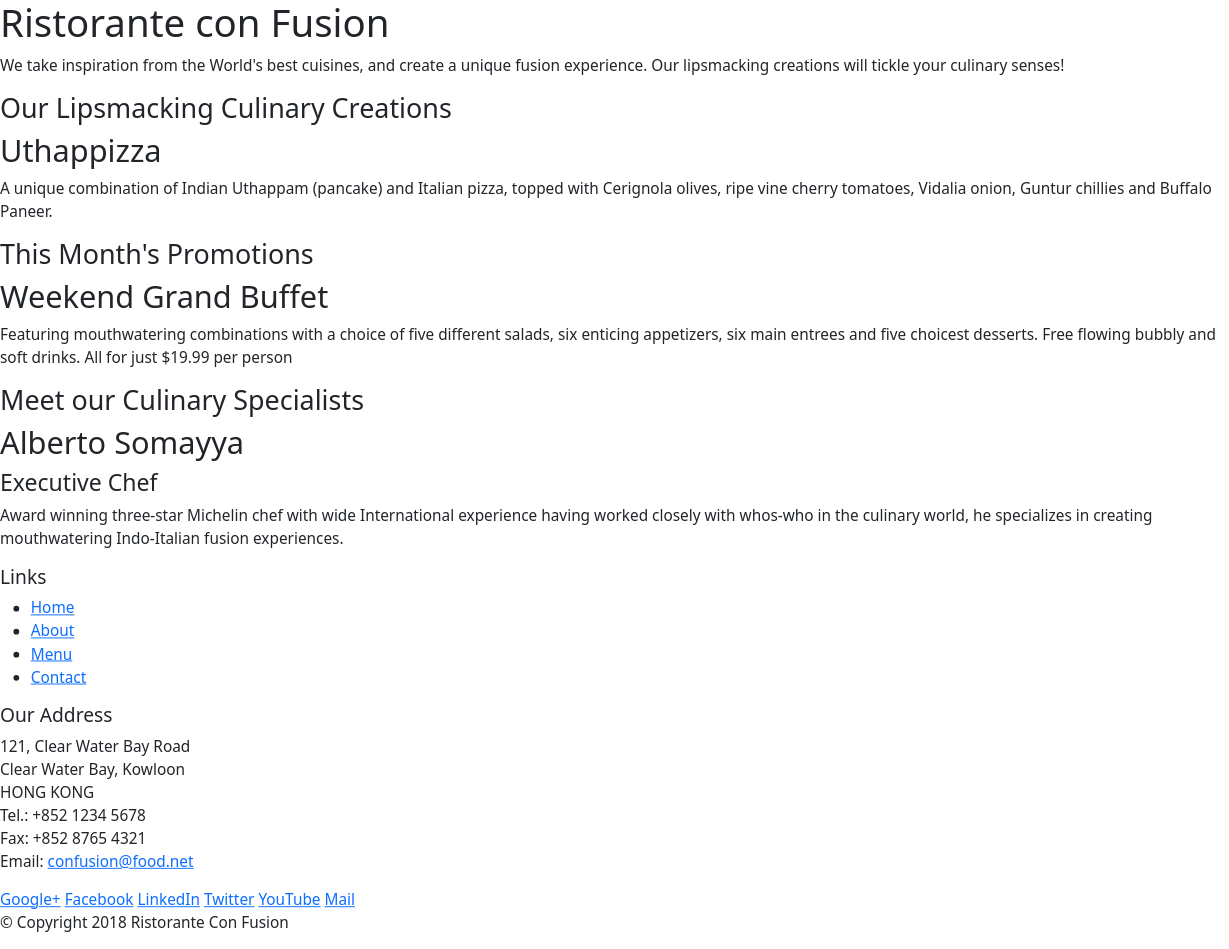
Repository: DungBuiTuan/FER201m
Page: index.html
These files come from the project's save history. The page is drawn as it stood at one moment and after the next save; the edit follows.
The browser window is 1280 px wide. The pictures show the whole page, at 96% of full size.
Some web libraries are served in a nearby version.

Above is the page before, as saved 2023-05-16 18:12:37.

After the next save:
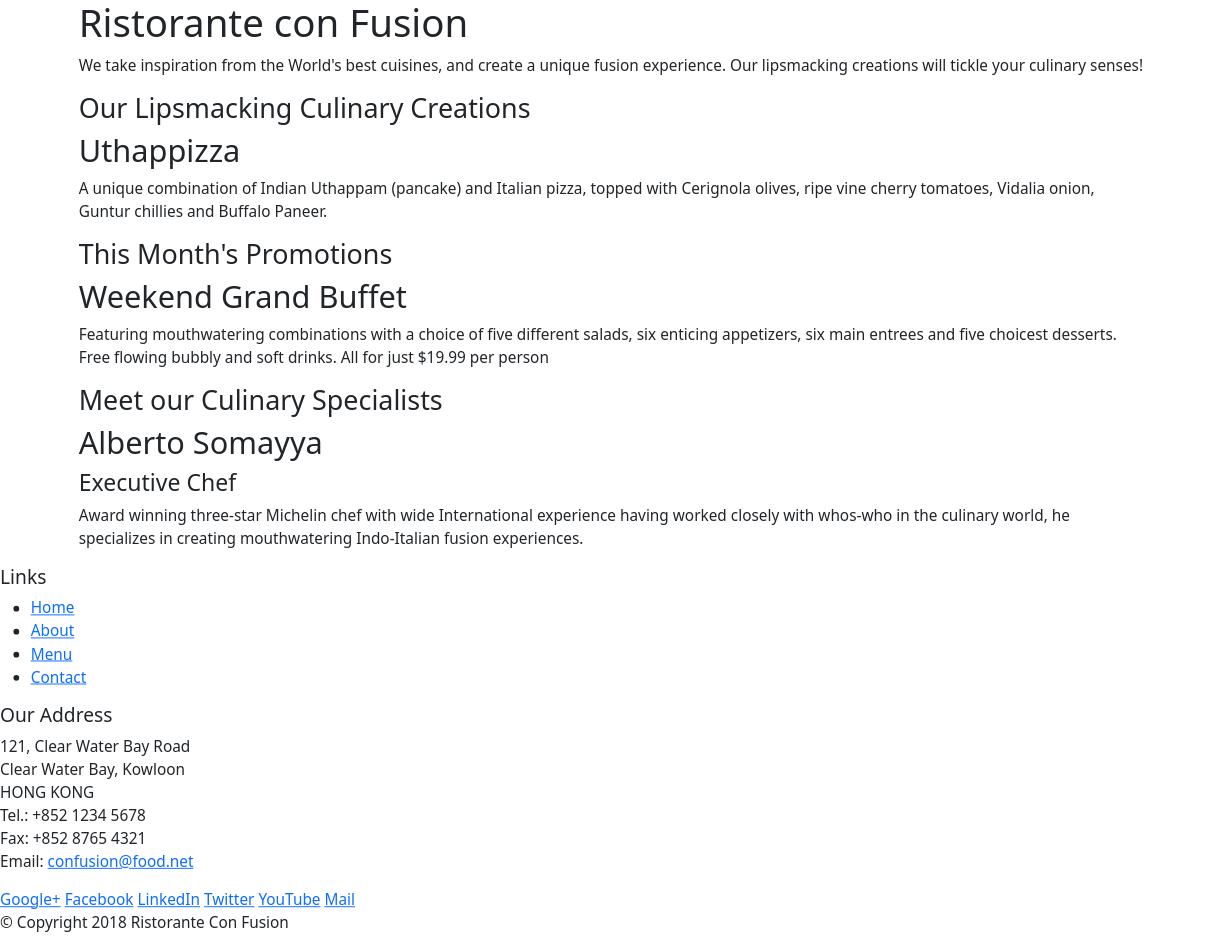
Saved 2 h 29 min later.
--- a/index.html
+++ b/index.html
@@ -14,7 +14,7 @@
 <body>
 
     <header>
-        <div>
+        <div class="container">
             <div>
                 <div>
                     <h1>Ristorante con Fusion</h1>
@@ -26,7 +26,7 @@
         </div>
     </header>
 
-    <div>
+    <div class="container">
         <div>
             <div>
                 <h3>Our Lipsmacking Culinary Creations</h3>
